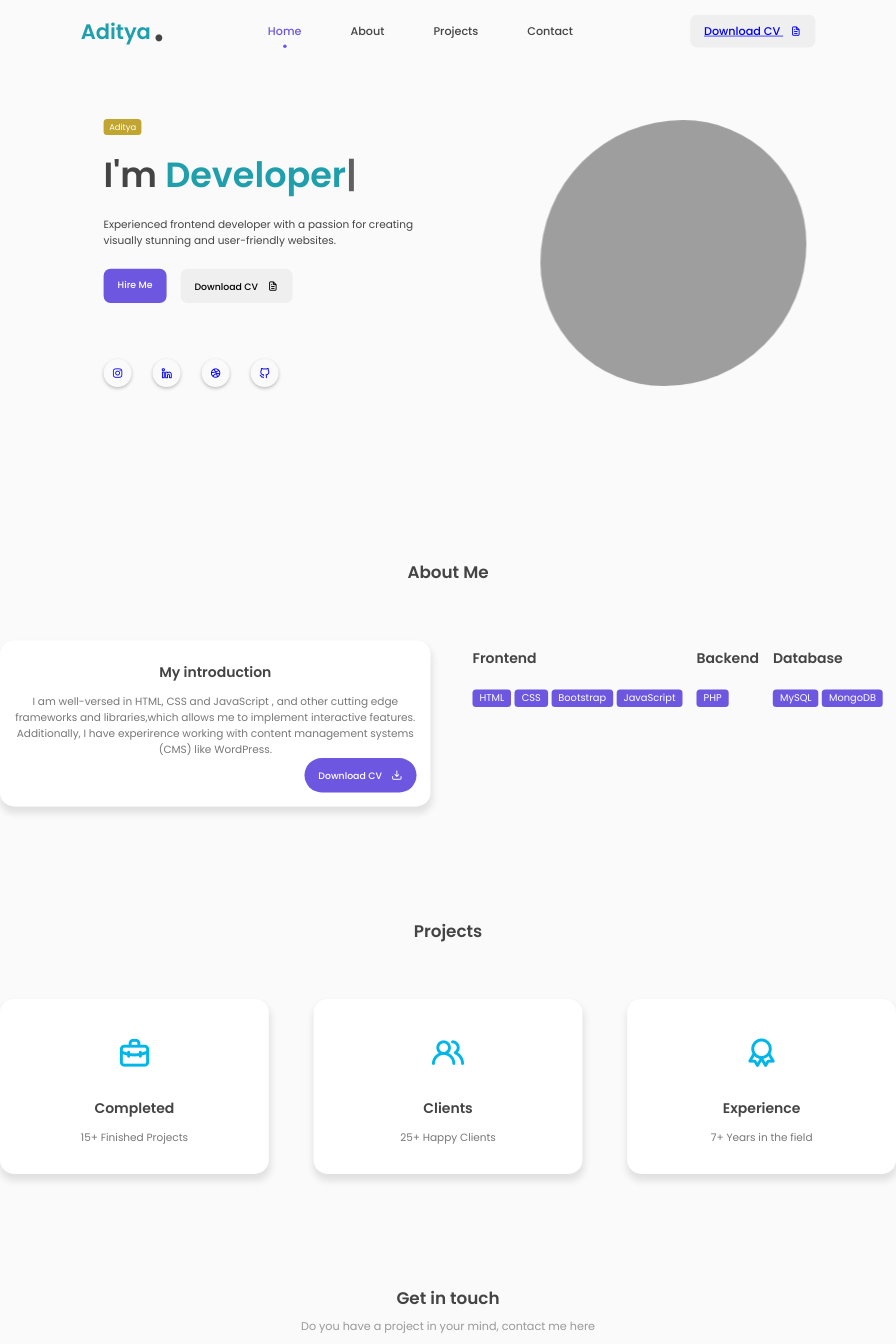
Repository: 4Kbrain/Portofolio
Page: index.html
An editor plug-in stored every save of this project. The page is shown before and after the next save, followed by the edit.
The browser window is 1280 px wide. The pictures show the part of the page from y = 0 to 1920 px (the page is 2774 px tall), at 70% of full size.
Pictures or frames that could not be fetched are drawn as grey boxes.

Above is the page before, as saved 2024-05-15 09:04:47.

### index.html
<!DOCTYPE html>
<html lang="en">

<head>
    <meta charset="UTF-8">
    <meta name="viewport" content="width=device-width, initial-scale=1.0">
    <link rel="stylesheet" href="https://unicons.iconscout.com/release/v4.0.8/css/line.css">
    <link rel="stylesheet" href="assets/css/style.css">
    <link rel="shortcut icon" href="assets/images/favicon.png" type="image/x-icon">

    <title>Portfolio | Aditya</title>
</head>

<body>
    <div class="container">
        <!-- header -->
        <nav id="header">
            <div class="nav-logo">
                <p class="nav-name">Aditya</p>
                <span>.</span>
            </div>
            <div class="nav-menu" id="myNavMenu">
                <ul class="nav_menu_list">
                    <li class="nav_list">
                        <a href="#home" class="nav-link active-link">Home</a>
                        <div class="circle"></div>
                    </li>
                    <li class="nav_list">
                        <a href="#about" class="nav-link">About</a>
                        <div class="circle"></div>
                    </li>
                    <li class="nav_list">
                        <a href="#projects" class="nav-link">Projects</a>
                        <div class="circle"></div>
                    </li>
                    <li class="nav_list">
                        <a href="#contact" class="nav-link">Contact</a>
                        <div class="circle"></div>
                    </li>
                </ul>
            </div>
            <div class="nav-button">
                <a id="downloadCVButton" href="assets/CV/Aditya%20CV.pdf" download="CV.pdf" class="btn">Download CV <i
                        class="uil uil-file-alt"></i></a>
            </div>
            <div class="nav-menu-btn">
                <i class="uil uil-bars" onclick="myMenuFunction()"></i>
            </div>
        </nav>


        <!-- -------------- MAIN ---------------- -->
        <main class="wrapper">
            <!-- -------------- FEATURED BOX ---------------- -->
            <section class="featured-box" id="home">
                <div class="featured-text">
                    <div class="featured-text-card">
                        <span>Aditya</span>
                    </div>
                    <div class="featured-name">
                        <p>I'm <span class="typedText"></span></p>
                    </div>
                    <div class="featured-text-info">
                        <p>Experienced frontend developer with a passion for creating visually stunning
                            and user-friendly websites.
                        </p>
                    </div>
                    <div class="featured-text-btn">
                        <button class="btn blue-btn">Hire Me</button>
                        <button class="btn">Download CV <i class="uil uil-file-alt"></i></button>
                    </div>
                    <div class="social_icons">
                        <div class="icon"><a href="https://instagram.com"><i class="uil uil-instagram"></i></a></div>
                        <div class="icon"><a href="https://linkedin.com"><i class="uil uil-linkedin-alt"></i></a></div>
                        <div class="icon"><a href="https://dribbble.com"><i class="uil uil-dribbble"></i></a></div>
                        <div class="icon"><a href="https://github.com/4Kbrain"><i class="uil uil-github-alt"></i></a></div>

                    </div>
                </div>
                <div class="featured-image">
                    <div class="image">
                        <img src="assets/images/avatar.png" alt="avatar">
                    </div>
                </div>
                <!-- <div c
         -->
    </div>

    </section>
    <!-- -------------- ABOUT BOX ---------------- -->
    <section class="section" id="about">
        <div class="top-header">
            <h1>About Me</h1>
        </div>
        <div class="row">
            <div class="col">
                <div class="about-info">
                    <h3>My introduction</h3>
                    <p>I am well-versed in HTML, CSS and JavaScript , and other cutting edge
                        frameworks and libraries,which allows me to implement interactive features.
                        Additionally, I have experirence working with content management systems (CMS) like
                        WordPress.
                    </p>
                    <div class="about-btn">
                        <button class="btn">Download CV <i class="uil uil-import"></i></button>
                    </div>
                </div>
            </div>
            <div class="col">
                <div class="skills-box">
                    <div class="skills-header">
                        <h3>Frontend</h3>
                    </div>
                    <div class="skills-list">
                        <span>HTML</span>
                        <span>CSS</span>
                        <span>Bootstrap</span>
                        <span>JavaScript</span>
                    </div>
                </div>
                <div class="skills-box">
                    <div class="skills-header">
                        <h3>Backend</h3>
                    </div>
                    <div class="skills-list">
                        <span>PHP</span>
                    </div>
                </div>
                <div class="skills-box">
                    <div class="skills-header">
                        <h3>Database</h3>
                    </div>
                    <div class="skills-list">
                        <span>MySQL</span>
                        <span>MongoDB</span>
                    </div>
                </div>
            </div>
        </div>
    </section>

    <!-- -------------- PROJECT BOX ---------------- -->

    <section class="section" id="projects">
        <div class="top-header">
            <h1>Projects</h1>
        </div>
        <div class="project-container">
            <div class="project-box">
                <i class="uil uil-briefcase-alt"></i>
                <h3>Completed</h3>
                <label>15+ Finished Projects</label>
            </div>
            <div class="project-box">
                <i class="uil uil-users-alt"></i>
                <h3>Clients</h3>
                <label>25+ Happy Clients</label>
            </div>
            <div class="project-box">
                <i class="uil uil-award"></i>
                <h3>Experience</h3>
                <label>7+ Years in the field</label>
            </div>
        </div>
    </section>

    <!-- -------------- CONTACT BOX ---------------- -->

    <section class="section" id="contact">
        <div class="top-header">
            <h1>Get in touch</h1>
            <span>Do you have a project in your mind, contact me here</span>
        </div>
        <div class="row">
            <div class="col">
                <div class="contact-info">
                    <h2>Find Me <i class="uil uil-corner-right-down"></i></h2>
                    <p><i class="uil uil-envelope"></i> Email: john@Aditya.com</p>
                    <p><i class="uil uil-phone"></i> Tel: +250 708 770 000</p>
                </div>
            </div>
            <div class="col">
                <div class="form-control">
                    <div class="form-inputs">
                        <input type="text" class="input-field" placeholder="Name">
                        <input type="text" class="input-field" placeholder="Email">
                    </div>
                    <div class="text-area">
                        <textarea placeholder="Message"></textarea>
                    </div>
                    <div class="form-button">
                        <button class="btn">Send <i class="uil uil-message"></i></button>
                    </div>
                </div>
            </div>
        </div>
    </section>

    </main>


    <!-- --------------- FOOTER --------------- -->
    <footer>
        <div class="top-footer">
            <p>Aditya .</p>
        </div>
        <div class="middle-footer">
            <ul class="footer-menu">
                <li class="footer_menu_list">
                    <a href="#home">Home</a>
                </li>
                <li class="footer_menu_list">
                    <a href="#about">About</a>
                </li>
                <li class="footer_menu_list">
                    <a href="#projects">Projects</a>
                </li>
                <li class="footer_menu_list">
                    <a href="#contact">Contact</a>
                </li>
            </ul>
        </div>
        <div class="footer-social-icons">
            <div class="icon"><i class="uil uil-instagram"></i></div>
            <div class="icon"><i class="uil uil-linkedin-alt"></i></div>
            <div class="icon"><i class="uil uil-dribbble"></i></div>
            <div class="icon"><i class="uil uil-github-alt"></i></div>
        </div>
        <div class="bottom-footer">
            <p>Copyright &copy; <a href="#home" style="text-decoration: none;">Aditya</a> - All rights reserved</p>
        </div>
    </footer>

    </div>



    <script src="https://unpkg.com/typed.js@2.0.16/dist/typed.umd.js"></script>
    <script src="https://unpkg.com/scrollreveal"></script>
    <script src="assets/js/script.js"></script>
</body>

</html>

### assets/css/style.css
/* ----- POPPINS FONT Link ----- */
@import url('https://fonts.googleapis.com/css2?family=Poppins:wght@400;500;600;700&display=swap');

/* ----- VARIABLES ----- */
:root{
    --body-color: rgb(250, 250, 250);
    --color-white: rgb(255, 255, 255);

    --text-color-second: rgb(68, 68, 68);
    --text-color-third: rgb(30, 159, 171);

    --first-color: rgb(110, 87, 224);
    --first-color-hover: rgb(40, 91, 212);

    --second-color: rgb(0, 201, 255);
    --third-color: rgb(192, 166, 49);
    --first-shadow-color: rgba(0, 0, 0, 0.1);

}

*{
    margin: 0;
    padding: 0;
    box-sizing: border-box;
    font-family: 'Poppins', sans-serif;
}

html{
    scroll-behavior: smooth;
}

/* webkit scrollbar */
::-webkit-scrollbar{
    width: 10px;
    border-radius: 25px;
}
::-webkit-scrollbar-track{
    background: #f1f1f1;
}
::-webkit-scrollbar-thumb{
    background: #ccc;
    border-radius: 30px;
}
::-webkit-scrollbar-thumb:hover{
    background: #bbb;
}


.btn{
    font-weight: 500;
    padding: 12px 20px;
    background: #efefef;
    border: none;
    border-radius: 10px;
    cursor: pointer;
    transition: .4s;
}
.btn>i{
    margin-left: 10px;
}
.btn:hover{
    background: var(--second-color);
    color: var(--color-white);
}

/* ----- GLOBAL ICONS DESIGN ----- */
i{
    font-size: 16px;
}

/* ------- BASE -------- */
body{
    background: var(--body-color);
    overflow-x: hidden;
}
.container{
    width: 100%;
    position: relative;
}

/* ----- NAVIGATION BAR ----- */
nav{
    position: fixed;
    display: flex;
    justify-content: space-between;
    width: 100%;
    height: 90px;
    line-height: 90px;
    background: var(--body-color);
    padding-inline: 9vw;
    transition: .3s;
    z-index: 100;
}
.nav-logo{
   position: relative;
}
.nav-name{
    font-size: 30px;
    font-weight: 600;
    color: var(--text-color-third);
}
.nav-logo span{
    position: absolute;
    top: -15px;
    right: -20px;
    font-size: 5em;
    color: var(--text-color-second);
}
.nav-menu, .nav_menu_list{
    display: flex;
}
.nav-menu .nav_list{
    list-style: none;
    position: relative;
}
.nav-link{
    text-decoration: none;
    color: var(--text-color-second);
    font-weight: 500;
    padding-inline: 15px;
    margin-inline: 20px;
}
.nav-menu-btn{
    display: none;
}
.nav-menu-btn i{
    font-size: 28px;
    cursor: pointer;
}
.active-link{
    position: relative;
    color: var(--first-color);
    transition: .3;
}
.active-link::after{
    content: '';
    position: absolute;
    left: 50%;
    bottom: -15px;
    transform: translate(-50%, -50%);
    width: 5px;
    height: 5px;
    background: var(--first-color);
    border-radius: 50%;
}


/* ----- WRAPPER DESIGN ----- */
.wrapper{
    padding-inline: 10vw;
}

/* ----- FEATURED BOX ----- */
.featured-box{
    position: relative;
    display: flex;
    height: 100vh;
    min-height: 700px;
}

/* ----- FEATURED TEXT BOX ----- */
.featured-text{
    position: relative;
    display: flex;
    justify-content: center;
    align-content: center;
    min-height: 80vh;
    flex-direction: column;
    width: 50%;
    padding-left: 20px;
}
.featured-text-card span{
    background: var(--third-color);
    color: var(--color-white);
    padding: 3px 8px;
    font-size: 12px;
    border-radius: 5px;
}
.featured-name{
    font-size: 50px;
    font-weight: 600;
    color: var(--text-color-second);
    margin-block: 20px;
}
.typedText{
    text-transform: capitalize;
    color: var(--text-color-third);
}
.featured-text-info{
    font-size: 15px;
    margin-bottom: 30px;
    color: var(--text-color-second);
}
.featured-text-btn{
    display: flex;
    gap: 20px;
}
.featured-text-btn>.blue-btn{
    background: var(--first-color);
    color: var(--color-white);
}
.featured-text-btn>.blue-btn:hover{
    background: var(--first-color-hover);
}
.social_icons{
    display: flex;
    margin-top: 5em;
    gap: 30px;
}
.icon{
    display: flex;
    justify-content: center;
    align-items: center;
    width: 40px;
    height: 40px;
    border-radius: 50%;
    box-shadow: 0px 2px 5px 0px rgba(0, 0, 0, 0.25);
    cursor: pointer;
}
.icon:hover{
    color: var(--first-color);
}

/* ----- FEATURED IMAGE BOX ----- */
.featured-image{
    display: flex;
    justify-content: right;
    align-content: center;
    min-height: 80vh;
    width: 50%;
}
.image{
    margin: auto 0;
    width: 380px;
    height: 380px;
    border-radius: 55% 45% 55% 45%;
    overflow: hidden;
    animation: imgFloat 7s ease-in-out infinite;
}
.image img{
    width: 380px;
    height: 380px;
    object-fit: cover;
}
@keyframes imgFloat {
    50%{
        transform: translateY(10px);
        border-radius: 45% 55% 45% 55%;
    }
}
.scroll-btn{
   position: absolute;
   bottom: 0;
   left: 50%;
   translate: -50%;
   display: flex;
   justify-content: center;
   align-items: center;
   width: 150px;
   height: 50px;
   gap: 5px;
   text-decoration: none;
   color: var(--text-color-second);
   background: var(--color-white);
   border-radius: 30px;
   box-shadow: 0 2px 5px 0 rgba(0, 0, 0, 0.25);
}
.scroll-btn i{
    font-size: 20px;
}

/* ----- MAIN BOX ----- */
.section{
    padding-block: 5em;
}
.row{
    display: flex;
    justify-content: space-between;
    width: 100%;
    gap: 50px;
}
.col{
    display: flex;
    width: 50%;
}

/* -- ## --- RESUABLE CSS -- ## -- */
.top-header{
    text-align: center;
    margin-bottom: 5em;
}
.top-header h1{
    font-weight: 600;
    color: var(--text-color-second);
    margin-bottom: 10px;
}
.top-header span{
    color: #999;
}
h3{
    font-size: 20px;
    font-weight: 600;
    color: var(--text-color-second);
    margin-bottom: 15px;
}

/* ----- ABOUT INFO ----- */
.about-info{
    position: relative;
    display: flex;
    align-items: center;
    flex-direction: column;
    padding-block: 30px 70px;
    padding-inline: 20px;
    width: 100%;
    background: var(--color-white);
    box-shadow: 1px 8px 10px 2px var(--first-shadow-color);
    border-radius: 20px;
}
.about-info p{
    text-align: center;
    font-size: 15px;
    color: #777;
}
.about-btn button{
    position: absolute;
    right: 20px;
    bottom: 20px;
    background: var(--first-color);
    color: var(--color-white);
    border-radius: 30px;
}
.about-btn button:hover{
    background: var(--first-color-hover);
}

/* ----- ABOUT / SKILLS BOX ----- */
.skills-box{
    margin: 10px;
}
.skills-header{
    margin-bottom: 30px;
}
.skills-list{
    display: flex;
    flex-wrap: wrap;
    gap: 5px;
}
.skills-list span{
    font-size: 14px;
    background: var(--first-color);
    color: var(--color-white);
    padding: 2px 10px;
    border-radius: 5px;
}

/* ----- PROJECTS BOX ----- */
.project-container{
    display: flex;
    width: 100%;
    justify-content: space-between;
    gap: 20px;
    flex-wrap: wrap;
}
.project-box{
    position: relative;
    display: flex;
    justify-content: center;
    align-items: center;
    flex-direction: column;
    width: 30%;
    height: 250px;
    background: var(--color-white);
    border-radius: 20px;
    box-shadow: 1px 8px 10px 2px var(--first-shadow-color);
    overflow: hidden;
}
.project-box>i{
    font-size: 50px;
    color: #00B5E7;
    margin-bottom: 25px;
}
.project-box label{
    font-size: 15px;
    color: #777;
}
.project-box::after, .contact-info::after{
    content: "";
    position: absolute;
    bottom: -100%;
    background: var(--second-color);
    width: 100%;
    height: 100%;
    transition: .4s;
    z-index: 1;
}
.project-box:hover.project-box::after,
.contact-info:hover.contact-info::after{
    bottom: 0;
}
.project-box:hover.project-box i,
.project-box:hover.project-box>h3,
.project-box:hover.project-box>label{
    color: var(--color-white);
    z-index: 2;
}

/* ----- CONTACT BOX ----- */
.contact-info{
    position: relative;
    display: flex;
    flex-direction: column;
    justify-content: center;
    align-items: center;
    padding: 20px 30px;
    width: 100%;
    height: 315px;
    background: var(--second-color);
    border-radius: 10px;
    box-shadow: 1px 8px 10px 2px var(--first-shadow-color);
    overflow: hidden;
}
.contact-info>h2{
    color: var(--color-white);
    margin-bottom: 20px;
}
.contact-info>p{
    display: flex;
    align-items: center;
    gap: 10px;
    color: var(--color-white);
    margin-block: 5px;
}
.contact-info p>i{
    font-size: 18px;
}
.contact-info::after{
    background: var(--color-white);
}
.contact-info:hover.contact-info h2,
.contact-info:hover.contact-info p,
.contact-info:hover.contact-info i{
    color: #777;
    z-index: 2;
}

/* ----- CONTACT FORM ----- */
.form-control{
    display: flex;
    flex-direction: column;
    gap: 10px;
    width: 100%;
}
.form-inputs{
    display: flex;
    gap: 10px;
    width: 100%;
}
.input-field{
    width: 50%;
    height: 55px;
    background: transparent;
    border: 2px solid #AAA;
    border-radius: 10px;
    padding-inline: 20px;
    outline: none;
}
textarea{
    width: 100%;
    height: 250px;
    background: transparent;
    border: 2px solid #AAA;
    border-radius: 10px;
    padding: 15px 20px;
    outline: none;
    resize: none;
}
.form-button>.btn{
    display: flex;
    align-items: center;
    justify-content: center;
    background: var(--second-color);
    color: var(--color-white);
}
.form-button>.btn:hover{
    background: #00B5E7;
}
.form-button i{
    font-size: 18px;
    rotate: -45deg;
}

/* ----- FOOTER BOX ----- */
footer{
    display: flex;
    justify-content: center;
    align-items: center;
    flex-direction: column;
    row-gap: 30px;
    background: #F8F8F8;
    padding-block: 40px 60px;
}
.top-footer p{
    font-size: 25px;
    font-weight: 600;
}
.middle-footer .footer-menu{
    display: flex;
}
.footer_menu_list{
    list-style: none;
}
.footer_menu_list a{
    text-decoration: none;
    color: var(--text-color-second);
    font-weight: 500;
    margin-inline: 20px;
}
.footer-social-icons{
    display: flex;
    gap: 30px;
}
.bottom-footer{
    font-size: 14px;
    margin-top: 10px;
}


/* ----- MEDIA QUERY == 1024px / RESPONSIVE ----- */
@media only screen and (max-width: 1024px){
    .featured-text{
        padding: 0;
    }
    .image, .image img{
        width: 320px;
        height: 320px;
    }
}

/* ----- MEDIA QUERY == 900px / RESPONSIVE ----- */
@media only screen and (max-width: 900px) {
    .nav-button{
        display: none;
    }
    .nav-menu.responsive{
        left: 0;
    }
    .nav-menu{
        position: fixed;
        top: 80px;
        left: -100%;
        flex-direction: column;
        justify-content: center;
        align-items: center;
        background: rgba(255, 255, 255, 0.7);
        backdrop-filter: blur(20px);
        width: 100%;
        min-height: 450px;
        height: 90vh;
        transition: .3s;
    }
    .nav_menu_list{
        flex-direction: column;
    }
    .nav-menu-btn{
        display: flex;
        align-items: center;
        justify-content: center;
    }
    .featured-box{
        flex-direction: column;
        justify-content: center;
        height: 100vh;
    }
    .featured-text{
        width: 100%;
        order: 2;
        justify-content: center;
        align-content: flex-start;
        min-height: 60vh;
    }
    .social_icons{
        margin-top: 2em;
    }
    .featured-image{
        order: 1;
        justify-content: center;
        min-height: 150px;
        width: 100%;
        margin-top: 65px;
    }
    .image, .image img{
        width: 150px;
        height: 150px;
    }
    .row{
        display: flex;
        flex-direction: column;
        justify-content: center;
        gap: 50px;
    }
    .col{
        display: flex;
        justify-content: center;
        width: 100%;
    }
    .about-info, .contact-info{
        width: 100%;
    }
    .project-container{
        justify-content: center;
    }
    .project-box{
        width: 80%;
    }

}

/* ----- MEDIA QUERY == 540px / RESPONSIVE ----- */

@media only screen and (max-width: 540px){
    .featured-name{
        font-size: 40px;
    }
    .project-box{
        width: 100%;
    }
    .form-inputs{
        flex-direction: column;
    }
    .input-field{
        width: 100%;
    }
}

Loaded but not shown: assets/js/script.js (129 lines, source omitted)

After the next save:
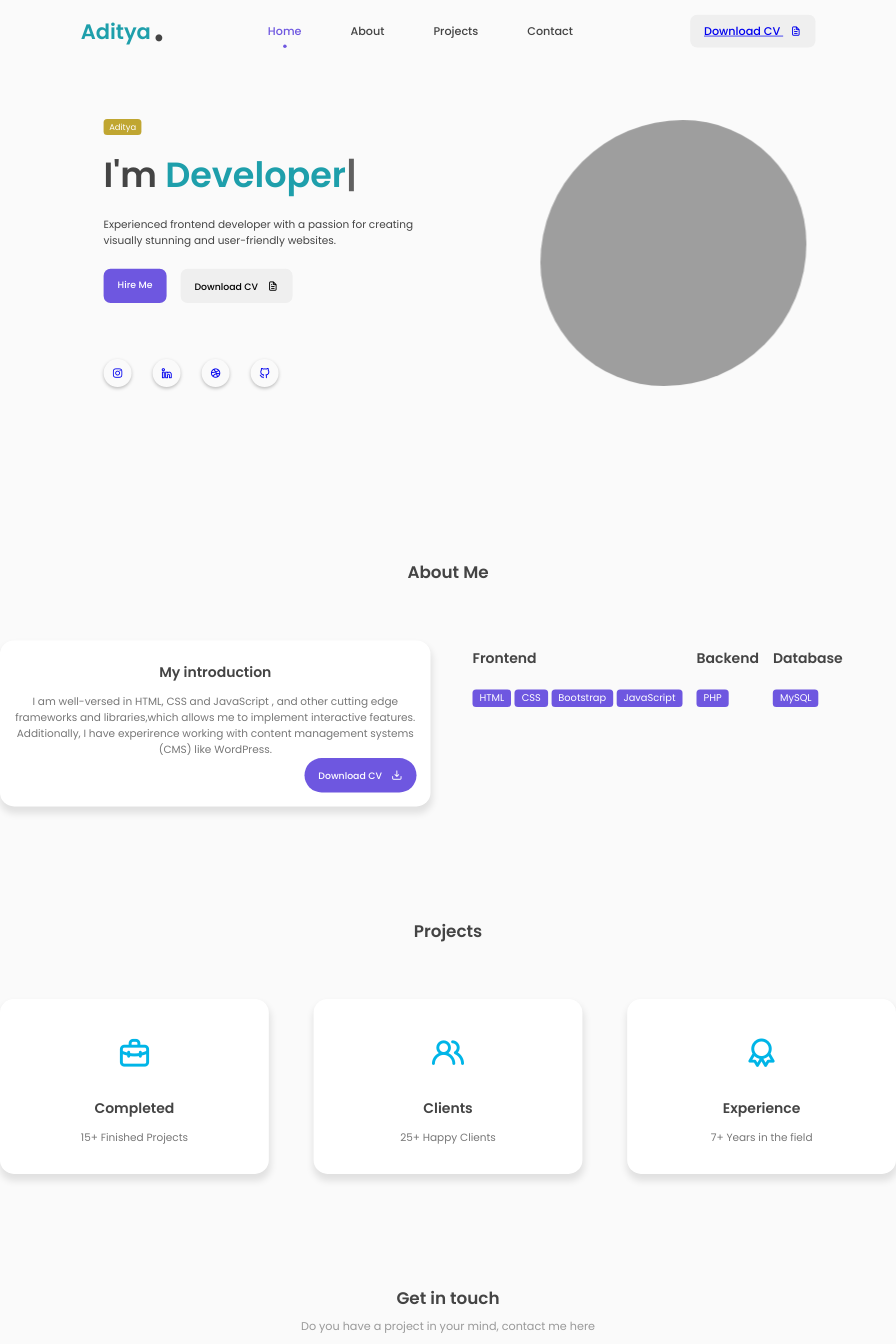
Saved 67 s later.
--- a/index.html
+++ b/index.html
@@ -132,7 +132,6 @@
                     </div>
                     <div class="skills-list">
                         <span>MySQL</span>
-                        <span>MongoDB</span>
                     </div>
                 </div>
             </div>
